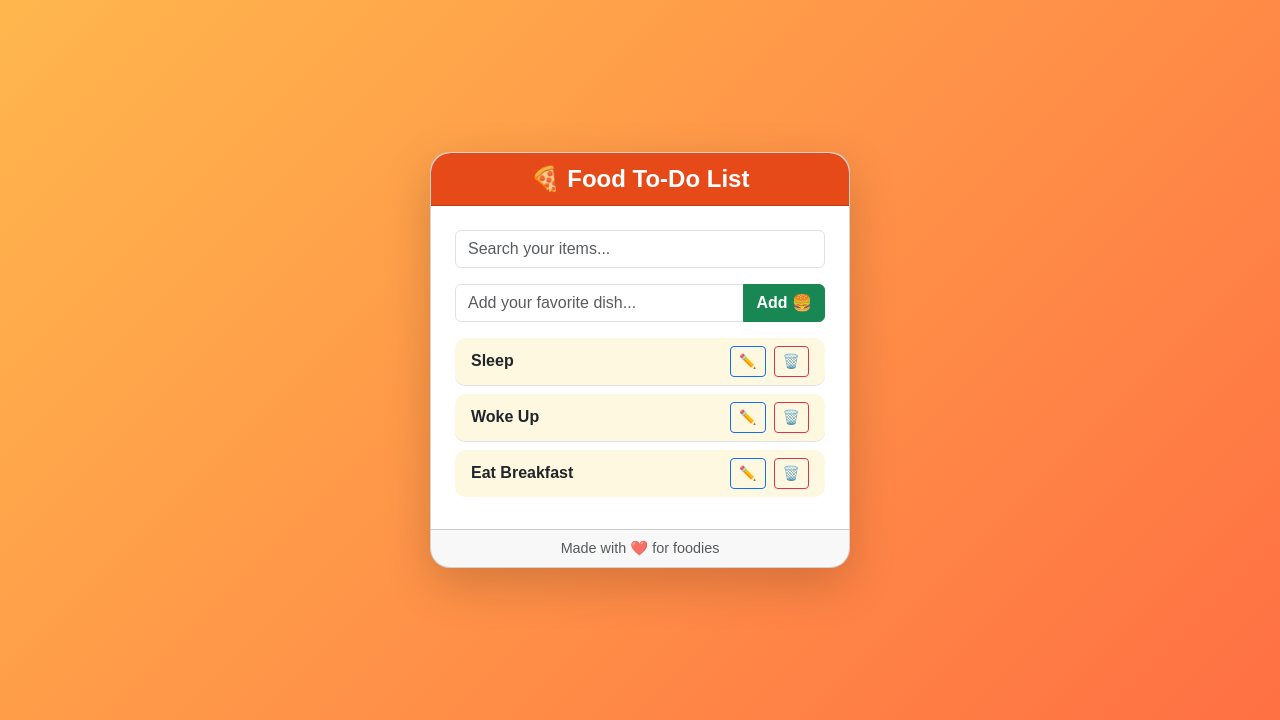
Repository: Dredphoenix/react-todo-app
Page: /
These files come from the project's save history. The page is drawn as it stood at one moment and after the next save; the edit follows.
The browser window is 1280 px wide. The pictures show the whole page.
The project was rebuilt for these pictures with package versions that can differ from the ones it lists, and the page was loaded fresh each time. Also part of the build but not shown: vite.config.js.

Above is the page before, as saved 2025-09-29 08:34:07.

After the next save:
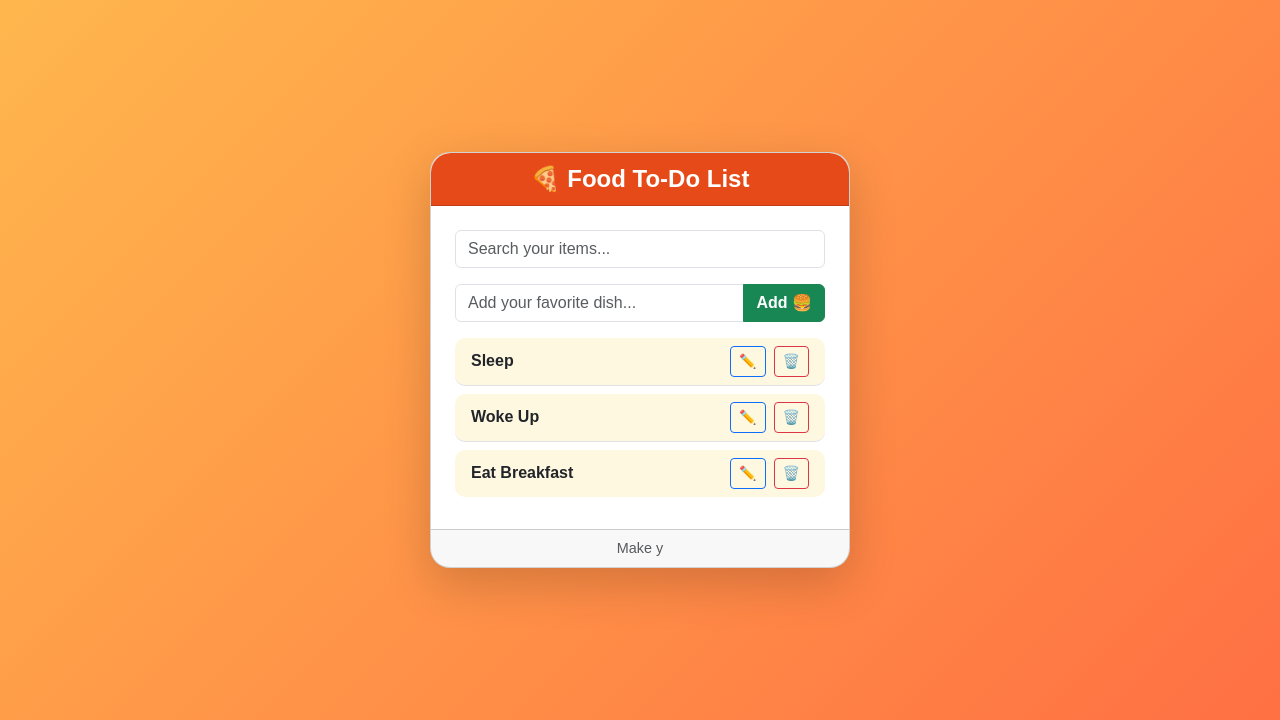
Saved 27 s later.
--- a/src/pages/Home.jsx
+++ b/src/pages/Home.jsx
@@ -156,7 +156,7 @@ const Home = () => {
             borderBottomRightRadius: "20px",
           }}
         >
-          Made with ❤️ for foodies
+          Make y
         </div>
       </div>
     </div>
